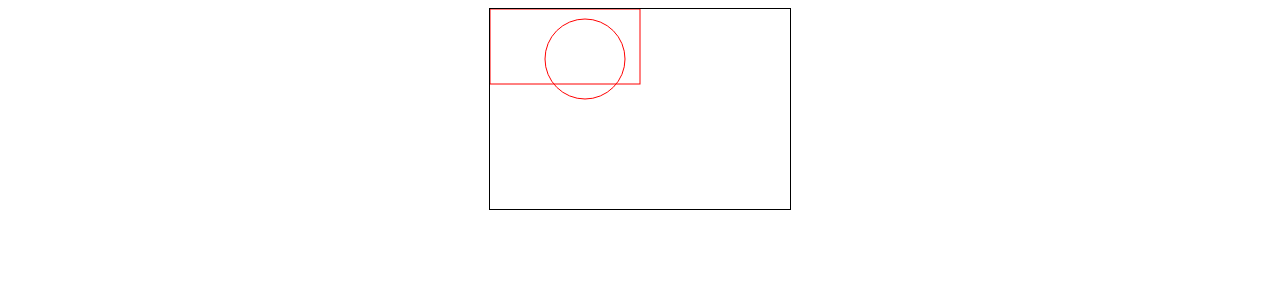
Repository: BhardwajMonika/core-java
Page: HTML2/WebContent/Canvas1.html
The author's editor kept a copy of each file at every save. The page is drawn from the files as they stood at one save, then again after the next save.
The browser window is 1280 px wide. The pictures show the whole page.

Above is the page before, as saved 2019-02-27 09:22:15.

After the next save:
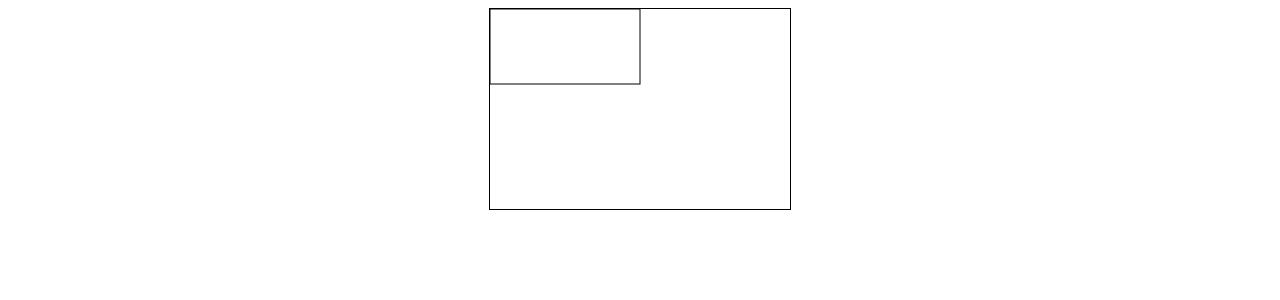
Saved 29 s later.
--- a/HTML2/WebContent/Canvas1.html
+++ b/HTML2/WebContent/Canvas1.html
@@ -14,12 +14,14 @@
 <script>
 	var c = document.getElementById("myCanvas");
 	var ctx = c.getContext("2d");
+
+	ctx.stroke();
+	ctx.drawStyle = "#FF0000";
+	ctx.strokeRect(0, 0, 150, 75);
+
 	ctx.beginPath();
 	ctx.strokeStyle="#FF0000"
 	ctx.arc(95,50,40,0,2*Math.PI);
-	ctx.stroke();
-	ctx.drawStyle = "#FF0000";
-	ctx.strokeRect(0, 0, 150, 75);
 
 </script>
 
